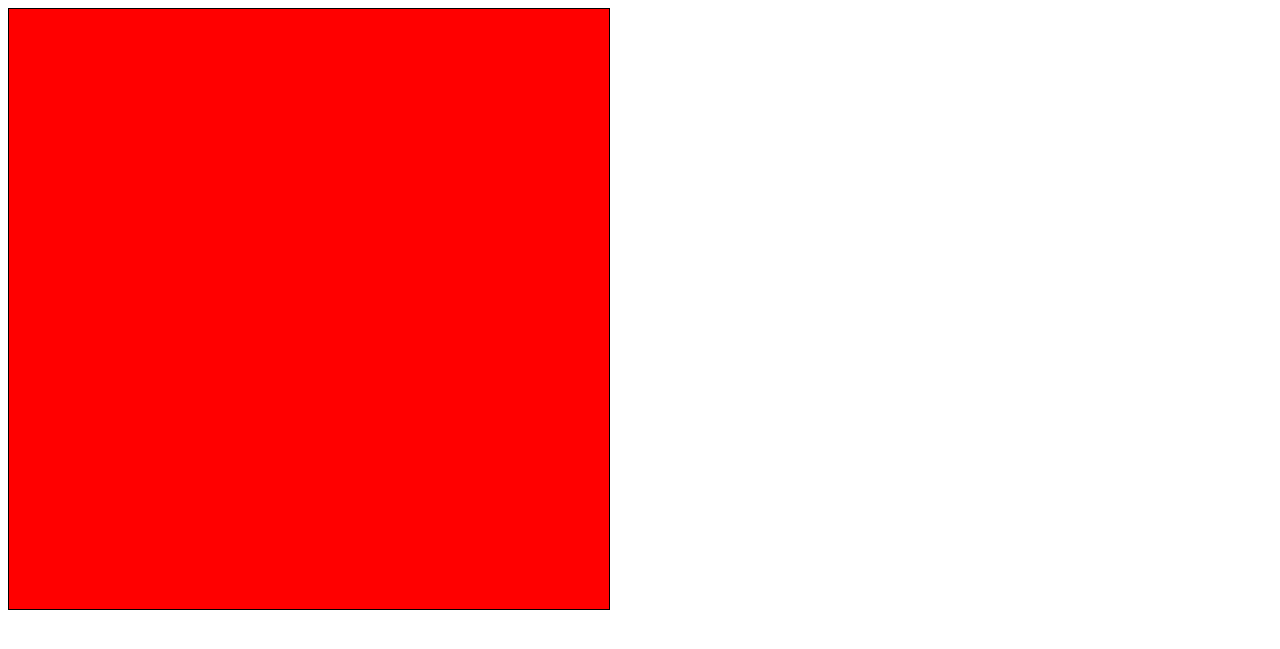
Repository: melon-husk/snakeGame
Page: index2.html
An editor plug-in stored every save of this project. The page is shown before and after the next save, followed by the edit.
The browser window is 1280 px wide. The pictures show the whole page.

Above is the page before, as saved 2020-05-22 20:47:32.

After the next save:
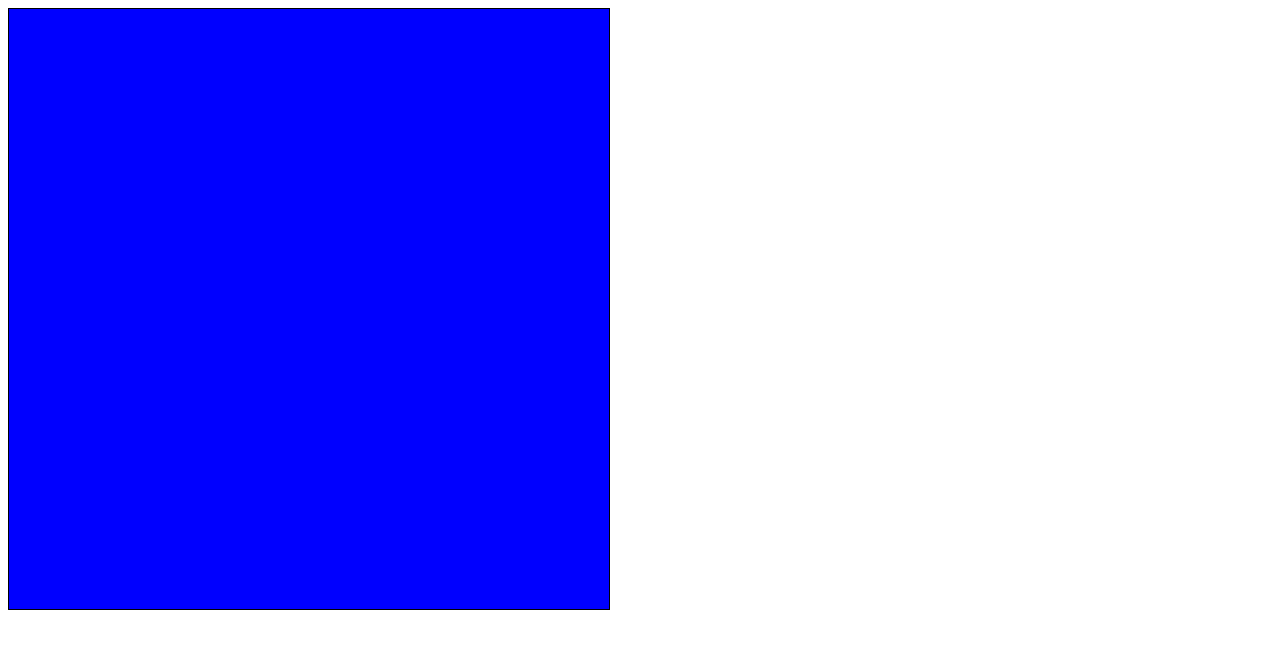
Saved 25 s later.
--- a/script.js
+++ b/script.js
@@ -113,7 +113,7 @@
     if( d == "S") snakeY += elementHeight;
 }
 function initialCanvasDraw(ctx){
-    ctx.fillStyle = backGroundColor;
+    ctx.fillStyle = "blue";
     ctx.fillRect(0, 0, boxWidth, boxHeight);
 
     for( let i = 0; i < friends.length ; i++){

After the 4 saves that followed:
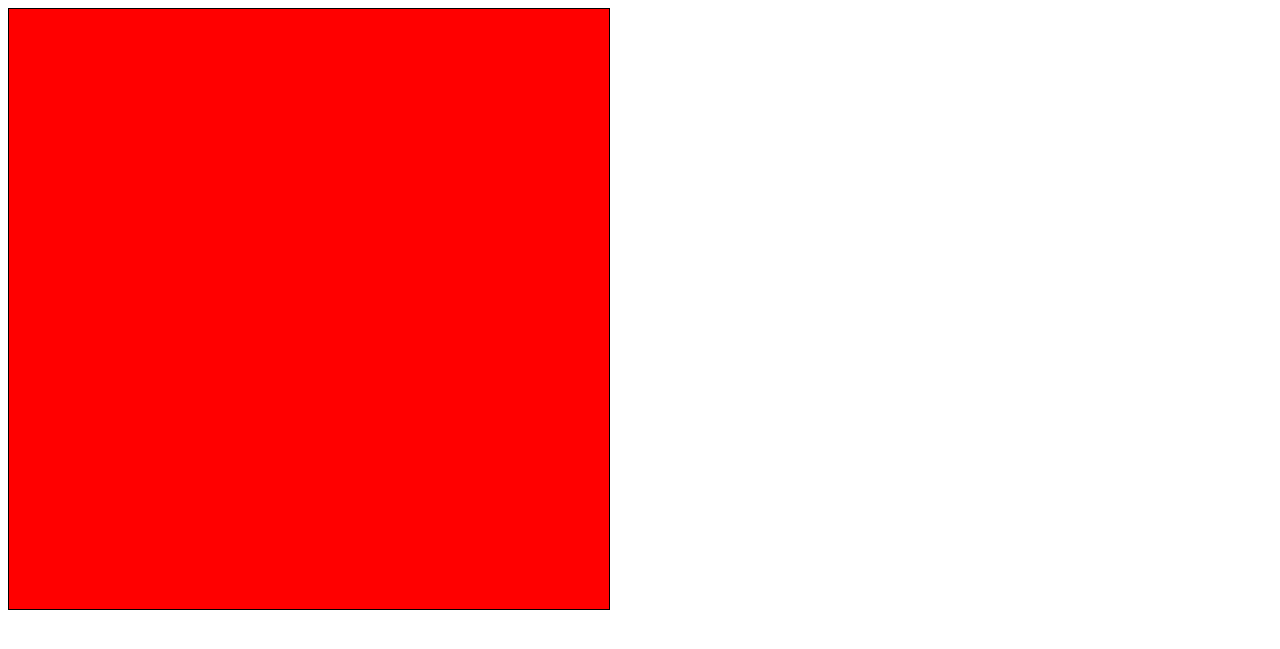
The 4 saves are shown as one change because 3 left the picture as it was.
The last was saved 6 min 26 s later.
--- a/script.js
+++ b/script.js
@@ -114,14 +114,13 @@
 }
 function initialCanvasDraw(ctx){
     ctx.fillStyle = "blue";
-    ctx.fillRect(0, 0, boxWidth, boxHeight);
+//    ctx.fillRect(0, 0, boxWidth, boxHeight);
 
     for( let i = 0; i < friends.length ; i++){
-      //  ctx.drawImage(friendImg, friends[i].x, friends[i].y,elementWidth,elementHeight);
-    }
-
-    //tx.drawImage(enemyImg, enemy.x, enemy.y,elementWidth,elementHeight);
-
+       ctx.drawImage(friendImg, friends[i].x, friends[i].y,elementWidth,elementHeight);
+    }
+
+    ctx.drawImage(enemyImg, enemy.x, enemy.y,elementWidth,elementHeight);
 }
 
 function redraw(recursive=false,isFriend=null){
@@ -234,5 +233,5 @@
 }
 
 // call draw function every 100 ms
-initialCanvasDraw(ctx);
+initialCanvasDraw(ctx,friendImg,enemyImg);
 //let game = setInterval(redraw,100);
